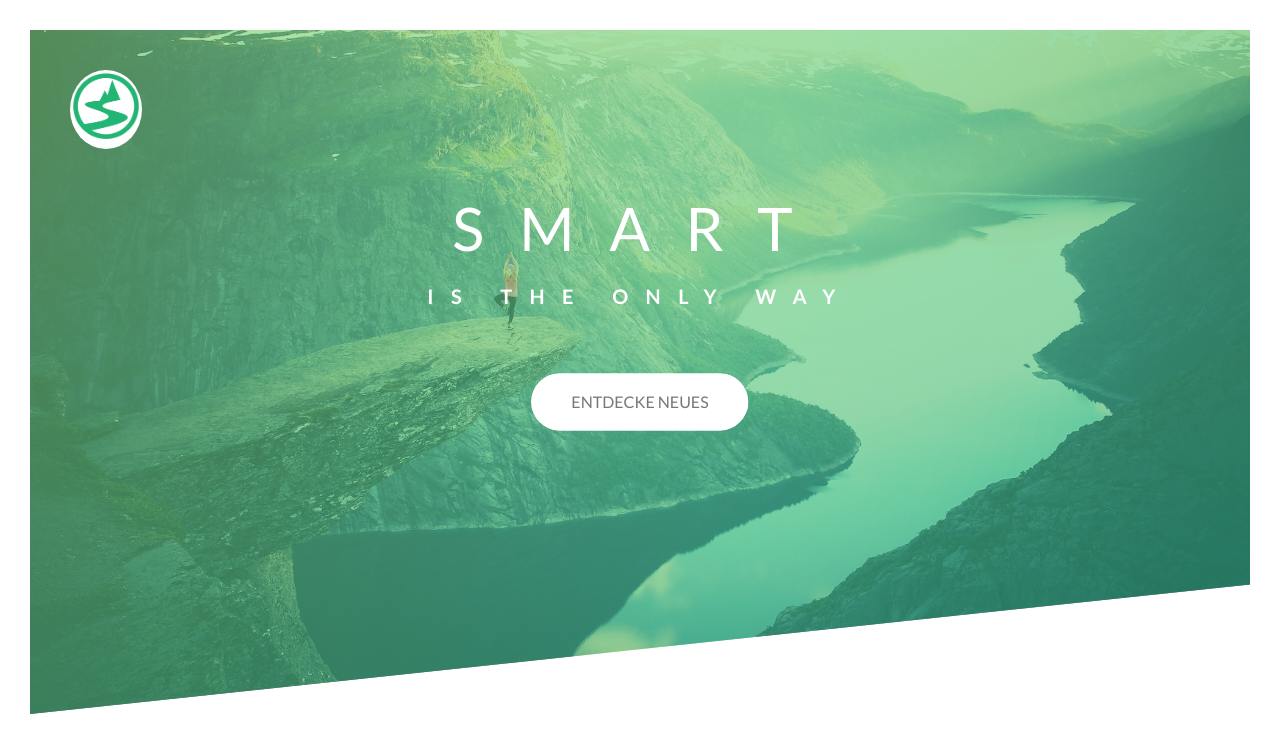
Repository: mukiSabljakovic/NatoursV1
Page: index.html
These files come from the project's save history. The page is drawn as it stood at one moment and after the next save; the edit follows.
The browser window is 1280 px wide. The pictures show the whole page.
Some web libraries are served in a nearby version.

Above is the page before, as saved 2020-05-11 16:32:28.

### index.html
<!DOCTYPE html>
<html lang="en">
    <head>
        <meta charset="UTF-8">
        <meta name="viewport" content="width=device-width, initial-scale=1.0">

        <link href="https://fonts.googleapis.com/css?family=Lato:100,300,400,700,900" rel="stylesheet">

        <link rel="stylesheet" href="https://use.fontawesome.com/releases/v5.13.0/css/all.css" integrity="sha384-Bfad6CLCknfcloXFOyFnlgtENryhrpZCe29RTifKEixXQZ38WheV+i/6YWSzkz3V" crossorigin="anonymous">
        <link rel="stylesheet" href="style.css">
        <link rel="stylesheet" href="css/style.css">
        <link rel="shortcut icon" type="image/png" href="img/favicon.png">

        <title>Natours | Exciting tours for adventurous people</title>
    </head>
    <body>
       <header class="header">
           <div class="logo-box">
               <img class="logo" src="img/logo.png" alt="Natours Logo">
           </div>

           <div class="text-box">
               <h1 class="heading-primary">
                   <span class="heading-primary-main">Smart</span>
                   <span class="heading-primary-sub">is the only way</span>
               </h1>
               <a href="#" class="btn btn-white btn-animated">Entdecke neues</a>
           </div>

       </header>

    </body>
</html>

### css/style.css
@import url('https://fonts.googleapis.com/css2?family=Lato:wght@300;400;900&display=swap');

/*
COLORS:

Light green: #7ed56f
Medium green: #55c57a
Dark green: #28b485

*/

/* Basic Reset */


* {
    margin: 0;
    padding: 0;
    box-sizing: border-box;
}

body {
    font-family: 'Lato', sans-serif;
    font-weight: 400;
    font-size: 16px;
    line-height: 1.7;
    color: #777;
    padding: 1.875rem;
}

.header {
    height: 95vh;
    background-image: linear-gradient(
        to right bottom,
        rgba(126, 213, 111, .6),
        rgba(40, 180, 133, .6)),
        url(../img/hero.jpg);
    background-size: cover;
    background-position: top;

    clip-path: polygon(0 0, 100% 0, 100% 77vh, 0 100%);
    position: relative;
}

.logo-box {
    position: absolute;
    top: 40px;
    left: 40px;
    background: white;
    border-radius: 100%;
    padding: 3px;
}

.logo {
    height: 66px;

}

.text-box {
    position: absolute;
    top: 40%;
    left: 50%;
    transform: translate(-50%, -50%);
    text-align: center;
}

.heading-primary {
    color: #fff;
    text-transform: uppercase;

    /* Fix animation shaking */
    backface-visibility: hidden;
    margin-bottom: 60px;
}

.heading-primary-main {
    display: block;
    font-size: 3.75rem;
    font-weight: 400;
    letter-spacing: 2.1875rem;

    animation-name: moveInLeft;
    animation-duration: 1s;
    animation-timing-function: ease-out;
}

.heading-primary-sub {
    display: block;
    font-size: 1.25rem;
    font-weight: 700;
    letter-spacing: 1.0875rem;

    animation: moveInRight 1s ease-out;
}

@keyframes moveInLeft {
    0% {
        opacity: 0;
        transform: translateX(-100%);
    }

    80% {
        transform: translateX(10px);
    }

    100% {
        opacity: 1;
        trannsform: translate(0);
    }
}

@keyframes moveInRight {
    0% {
        opacity: 0;
        transform: translateX(100%);
    }

    80% {
        transform: translateX(-10px);
    }

    100% {
        opacity: 1;
        transform: translate(0);
    }
}

@keyframes moveInBottom {
    0% {
        opacity: 0;
        transform: translateY(-30px);
    }

    100% {
        opacity: 1;
        transform: translate(0);
    }
}

.btn:link,
.btn:visited {
    text-transform: uppercase;
    text-decoration: none;
    padding: 15px 40px;
    display: inline-block;
    border-radius: 100px;
    transition: all .2s;
}

.btn:hover {
    transform: translateY(-3px);
    box-shadow: 0 10px 20px rgba(0, 0, 0, .2);
}

.btn:active {
    transform: translateY(-1px);
    box-shadow: 0 10px 10px rgba(0, 0, 0, .2);
}

.btn-white {
    background-color: #fff;
    color: #777;
    position: relative;
}

.btn::after {
    content: "";
    display: inline-block;
    height: 100%;
    width: 100%;
    border-radius: 100px;
    position: absolute;
    top: 0;
    left: 0;
    z-index: -1;
    transition: all .2s;
}

.btn-white::after {
    background-color: #fff;
}

.btn:hover::after {
    transform: scaleX(1.4) scaleY(1.6);
    opacity: 0;
}

.btn-animated {
    animation: moveInBottom .5s ease-out .75s;
    animation-fill-mode: backwards;
}

After the next save:
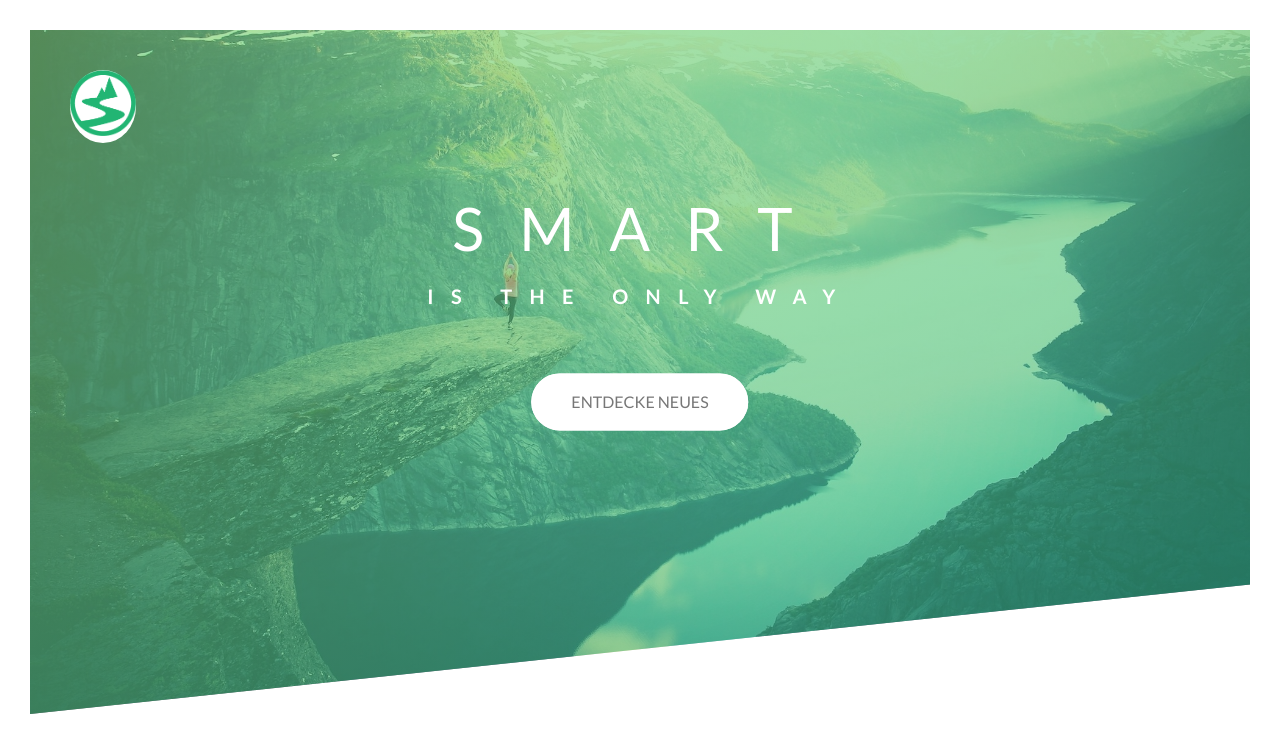
Saved 13 s later.
--- a/css/style.css
+++ b/css/style.css
@@ -47,7 +47,7 @@ body {
     left: 40px;
     background: white;
     border-radius: 100%;
-    padding: 3px;
+    text-align: center;
 }
 
 .logo {
